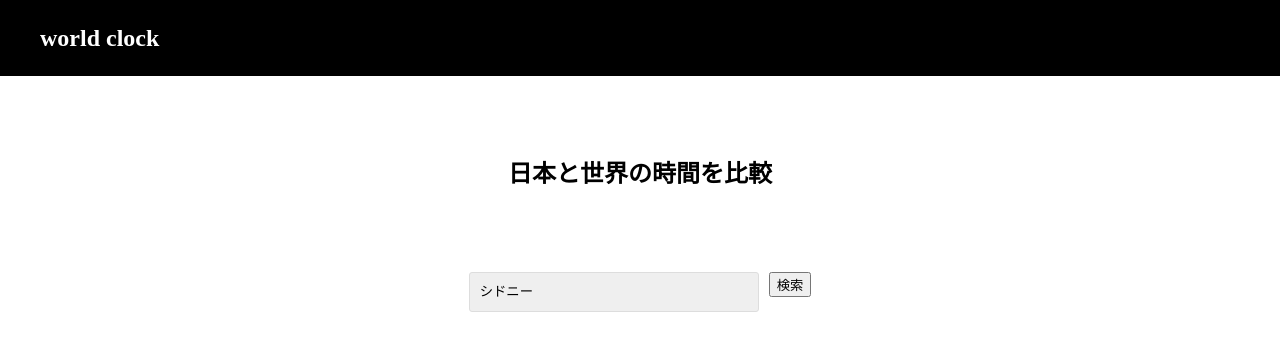
Repository: kay4300/php05-test
Page: http://localhost/
These files come from the project's save history. The page is drawn as it stood at one moment and after a run of saves; the edit follows.
The browser window is 1280 px wide. The pictures show the whole page.
The page is run by PHP 8.4 with error messages shown; the project is at /var/www/html/.

Above is the page before, as saved 2025-08-15 13:40:05.

### src/php02/index.php
<!DOCTYPE html>
<html lang="en">

<head>
    <meta charset="UTF-8">
    <meta http-equiv="X-UA-Compatible" content="IE=edge">
    <meta name="viewport" content="width=device-width, initial-scale=1.0">
    <title>Document</title>
    <link rel="stylesheet" href="css/sanitize.css">
    <link rel="stylesheet" href="css/common.css">
    <link rel="stylesheet" href="css/index.css">
</head>

<body>
    <header class="header">
        <div class="header_inner">
            <a class="header_logo" href="/php02/index.php">
                world clock
            </a>
        </div>
    </header>

    <main>
        <div class="search-form_content">
            <h2 class="search-form_content-title">日本と世界の時間を比較</h2>
        </div>
        <form class="search-form" action="result.php" method="GET">
               <div class="search-form_item">
                   <select class="search-form_item-select" name="city">
                        <option value="シドニー">シドニー</option>
                        <option value="上海">上海</option>
                        <option value="モスクワ">モスクワ</option>
                        <option value="ロンドン">ロンドン</option>
                        <option value="ヨハネスブルグ">ヨハネスブルグ</option>
                        < option value="ニューヨーク">ニューヨーク</option>
                    </select>
                </div>
                <div class="search-form_button">
                    <button class="search-form_button-submit" type="submit">検索</button>
                </div>
        </form>
    </main>

</body>

</html>

### src/php02/css/sanitize.css
/* Document
* ========================================================================== */

/**
* Add border box sizing in all browsers (opinionated).
*/

*,
::before,
::after {
    box-sizing: border-box;
}

/**
* 1. Add text decoration inheritance in all browsers (opinionated).
* 2. Add vertical alignment inheritance in all browsers (opinionated).
*/

::before,
::after {
    vertical-align: inherit;
    /* 2 */
    text-decoration: inherit;
    /* 1 */
}

/**
* 1. Use the default cursor in all browsers (opinionated).
* 2. Change the line height in all browsers (opinionated).
* 3. Use a 4-space tab width in all browsers (opinionated).
* 4. Remove the grey highlight on links in iOS (opinionated).
* 5. Prevent adjustments of font size after orientation changes in
*    IE on Windows Phone and in iOS.
* 6. Breaks words to prevent overflow in all browsers (opinionated).
*/

html {
    word-break: break-word;
    /* 6 */
    -moz-tab-size: 4;
    /* 3 */
    tab-size: 4;
    /* 3 */
    line-height: 1.5;
    /* 2 */
    cursor: default;
    /* 1 */

    -webkit-tap-highlight-color: transparent
        /* 4 */
    ;
    -ms-text-size-adjust: 100%;
    /* 5 */
    -webkit-text-size-adjust: 100%;
    /* 5 */
}

/* Sections
* ========================================================================== */

/**
* Remove the margin in all browsers (opinionated).
*/

body {
    margin: 0;
}

/**
* Correct the font size and margin on `h1` elements within `section` and
* `article` contexts in Chrome, Edge, Firefox, and Safari.
*/

h1 {
    margin: 0.67em 0;
    font-size: 2em;
}

/* Grouping content
* ========================================================================== */

/**
* Remove the margin on nested lists in Chrome, Edge, IE, and Safari.
*/

dl dl,
dl ol,
dl ul,
ol dl,
ul dl {
    margin: 0;
}

/**
* Remove the margin on nested lists in Edge 18- and IE.
*/

ol ol,
ol ul,
ul ol,
ul ul {
    margin: 0;
}

/**
* 1. Add the correct sizing in Firefox.
* 2. Show the overflow in Edge 18- and IE.
*/

hr {
    overflow: visible;
    /* 2 */
    height: 0;
    /* 1 */
}

/**
* Add the correct display in IE.
*/

main {
    display: block;
}

/**
* Remove the list style on navigation lists in all browsers (opinionated).
*/

nav ol,
nav ul {
    padding: 0;
    list-style: none;
}

/**
* 1. Correct the inheritance and scaling of font size in all browsers.
* 2. Correct the odd `em` font sizing in all browsers.
*/

pre {
    font-size: 1em;
    /* 2 */
    font-family: monospace, monospace;
    /* 1 */
}

/* Text-level semantics
* ========================================================================== */

/**
* Remove the gray background on active links in IE 10.
*/

a {
    background-color: transparent;
}

/**
* Add the correct text decoration in Edge 18-, IE, and Safari.
*/

abbr[title] {
    text-decoration: underline;
    text-decoration: underline dotted;
}

/**
* Add the correct font weight in Chrome, Edge, and Safari.
*/

b,
strong {
    font-weight: bolder;
}

/**
* 1. Correct the inheritance and scaling of font size in all browsers.
* 2. Correct the odd `em` font sizing in all browsers.
*/

code,
kbd,
samp {
    font-size: 1em;
    /* 2 */
    font-family: monospace, monospace;
    /* 1 */
}

/**
* Add the correct font size in all browsers.
*/

small {
    font-size: 80%;
}

/* Embedded content
* ========================================================================== */

/*
* Change the alignment on media elements in all browsers (opinionated).
*/

audio,
canvas,
iframe,
img,
svg,
video {
    vertical-align: middle;
}

/**
* Add the correct display in IE 9-.
*/

audio,
video {
    display: inline-block;
}

/**
* Add the correct display in iOS 4-7.
*/

audio:not([controls]) {
    display: none;
    height: 0;
}

/**
* Remove the border on iframes in all browsers (opinionated).
*/

iframe {
    border-style: none;
}

/**
* Remove the border on images within links in IE 10-.
*/

img {
    border-style: none;
}

/**
* Change the fill color to match the text color in all browsers (opinionated).
*/

svg:not([fill]) {
    fill: currentColor;
}

/**
* Hide the overflow in IE.
*/

svg:not(:root) {
    overflow: hidden;
}

/* Tabular data
* ========================================================================== */

/**
* Collapse border spacing in all browsers (opinionated).
*/

table {
    border-collapse: collapse;
}

/* Forms
* ========================================================================== */

/**
* Remove the margin on controls in Safari.
*/

button,
input,
select {
    margin: 0;
}

/**
* 1. Show the overflow in IE.
* 2. Remove the inheritance of text transform in Edge 18-, Firefox, and IE.
*/

button {
    overflow: visible;
    /* 1 */
    text-transform: none;
    /* 2 */
}

/**
* Correct the inability to style buttons in iOS and Safari.
*/

button,
[type="button"],
[type="reset"],
[type="submit"] {
    -webkit-appearance: button;
}

/**
* 1. Change the inconsistent appearance in all browsers (opinionated).
* 2. Correct the padding in Firefox.
*/

fieldset {
    padding: 0.35em 0.75em 0.625em;
    /* 2 */
    border: 1px solid #a0a0a0;
    /* 1 */
}

/**
* Show the overflow in Edge 18- and IE.
*/

input {
    overflow: visible;
}

/**
* 1. Correct the text wrapping in Edge 18- and IE.
* 2. Correct the color inheritance from `fieldset` elements in IE.
*/

legend {
    display: table;
    /* 1 */
    max-width: 100%;
    /* 1 */
    color: inherit;
    /* 2 */
    white-space: normal;
    /* 1 */
}

/**
* 1. Add the correct display in Edge 18- and IE.
* 2. Add the correct vertical alignment in Chrome, Edge, and Firefox.
*/

progress {
    display: inline-block;
    /* 1 */
    vertical-align: baseline;
    /* 2 */
}

/**
* Remove the inheritance of text transform in Firefox.
*/

select {
    text-transform: none;
}

/**
* 1. Remove the margin in Firefox and Safari.
* 2. Remove the default vertical scrollbar in IE.
* 3. Change the resize direction in all browsers (opinionated).
*/

textarea {
    overflow: auto;
    /* 2 */
    margin: 0;
    /* 1 */
    resize: vertical;
    /* 3 */
}

/**
* Remove the padding in IE 10-.
*/

[type="checkbox"],
[type="radio"] {
    padding: 0;
}

/**
* 1. Correct the odd appearance in Chrome, Edge, and Safari.
* 2. Correct the outline style in Safari.
*/

[type="search"] {
    outline-offset: -2px;
    /* 2 */

    -webkit-appearance: textfield;
    /* 1 */
}

/**
* Correct the cursor style of increment and decrement buttons in Safari.
*/

::-webkit-inner-spin-button,
::-webkit-outer-spin-button {
    height: auto;
}

/**
* Correct the text style of placeholders in Chrome, Edge, and Safari.
*/

::-webkit-input-placeholder {
    color: inherit;
    opacity: 0.54;
}

/**
* Remove the inner padding in Chrome, Edge, and Safari on macOS.
*/

::-webkit-search-decoration {
    -webkit-appearance: none;
}

/**
* 1. Correct the inability to style upload buttons in iOS and Safari.
* 2. Change font properties to `inherit` in Safari.
*/

::-webkit-file-upload-button {
    font: inherit;
    /* 2 */

    -webkit-appearance: button;
    /* 1 */
}

/**
* Remove the inner border and padding of focus outlines in Firefox.
*/

::-moz-focus-inner {
    padding: 0;
    border-style: none;
}

/**
* Restore the focus outline styles unset by the previous rule in Firefox.
*/

:-moz-focusring {
    outline: 1px dotted ButtonText;
}

/**
* Remove the additional :invalid styles in Firefox.
*/

:-moz-ui-invalid {
    box-shadow: none;
}

/* Interactive
* ========================================================================== */

/*
* Add the correct display in Edge 18- and IE.
*/

details {
    display: block;
}

/*
* Add the correct styles in Edge 18-, IE, and Safari.
*/

dialog {
    position: absolute;
    right: 0;
    left: 0;
    display: block;
    margin: auto;
    padding: 1em;
    width: -moz-fit-content;
    width: -webkit-fit-content;
    width: fit-content;
    height: -moz-fit-content;
    height: -webkit-fit-content;
    height: fit-content;
    border: solid;
    background-color: white;
    color: black;
}

dialog:not([open]) {
    display: none;
}

/*
* Add the correct display in all browsers.
*/

summary {
    display: list-item;
}

/* Scripting
* ========================================================================== */

/**
* Add the correct display in IE 9-.
*/

canvas {
    display: inline-block;
}

/**
* Add the correct display in IE.
*/

template {
    display: none;
}

/* User interaction
* ========================================================================== */

/*
* 1. Remove the tapping delay in IE 10.
* 2. Remove the tapping delay on clickable elements
in all browsers (opinionated).
*/

a,
area,
button,
input,
label,
select,
summary,
textarea,
[tabindex] {
    -ms-touch-action: manipulation;
    /* 1 */
    touch-action: manipulation;
    /* 2 */
}

/**
* Add the correct display in IE 10-.
*/

[hidden] {
    display: none;
}

/* Accessibility
* ========================================================================== */

/**
* Change the cursor on busy elements in all browsers (opinionated).
*/

[aria-busy="true"] {
    cursor: progress;
}

/*
* Change the cursor on control elements in all browsers (opinionated).
*/

[aria-controls] {
    cursor: pointer;
}

/*
* Change the cursor on disabled, not-editable, or otherwise
* inoperable elements in all browsers (opinionated).
*/

[aria-disabled="true"],
[disabled] {
    cursor: not-allowed;
}

/*
* Change the display on visually hidden accessible elements
* in all browsers (opinionated).
*/

[aria-hidden="false"][hidden] {
    display: initial;
}

[aria-hidden="false"][hidden]:not(:focus) {
    position: absolute;
    clip: rect(0, 0, 0, 0);
}

### src/php02/css/common.css
.header {
    background: #000;
}

.header_inner {
    margin: 0 auto;
    padding: 20px 15px;
    max-width: 1230px;
}

.header_logo {
    color: #fff;
    text-decoration: none;
    font-weight: bold;
    font-size: 24px;
}

### src/php02/css/index.css
.search-form_content {
    margin: 0 auto;
    padding: 60px 15px;
    max-width: 1230px;
}

.search-form_content-title {
    text-align: center;
}

.search-form {
    display: flex;
    justify-content: center;
}

.search-form_item {
    padding: 0 5px;
    width: 300px;
}

.search-form_item-select {
    padding: 10px;
    width: 100%;
    height: 40px;
    border: 1px solid #ddd;
    border-radius: 3px;
    appearance: none;
}

.search-form_button {
    padding: 0 5px;
    wi
}

After the next 2 saves:
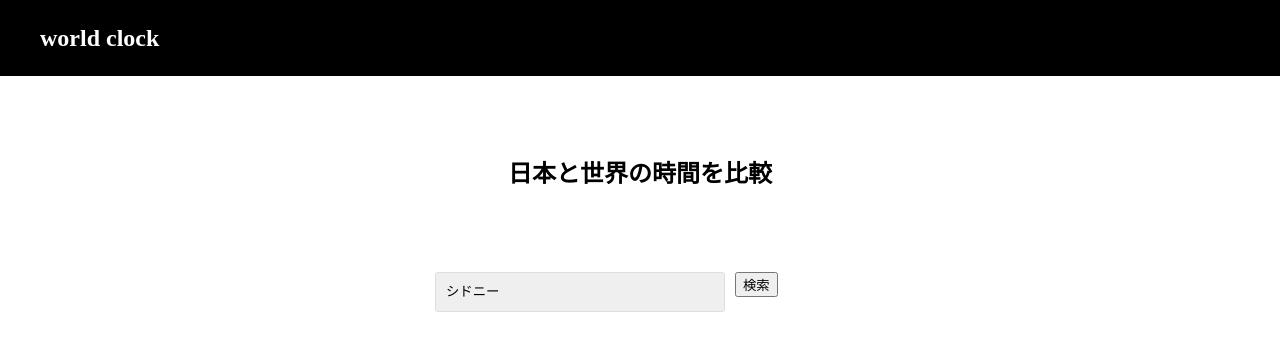
The 2 saves are shown as one change because they came seconds apart.
The last was saved 7 s later.
--- a/src/php02/css/index.css
+++ b/src/php02/css/index.css
@@ -29,5 +29,5 @@
 
 .search-form_button {
     padding: 0 5px;
-    wi
+    width: 120px;
 }
